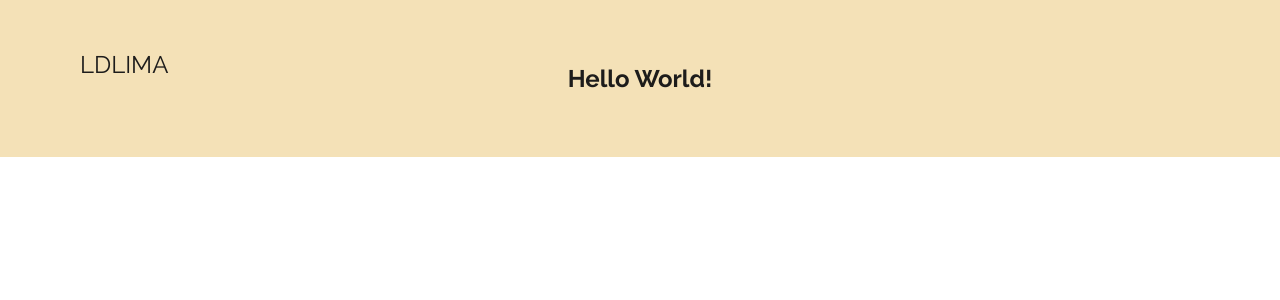
Repository: luizdanielmlima/my-website-react
Page: /
An editor plug-in stored every save of this project. The page is shown before and after the next save, followed by the edit.
The browser window is 1280 px wide. The pictures show the whole page.
The project was rebuilt for these pictures with package versions that can differ from the ones it lists, and the page was loaded fresh each time.

Above is the page before, as saved 2023-01-31 16:45:49.

### public/index.html
<!DOCTYPE html>
<html lang="en">
  <head>
    <meta charset="utf-8" />
    <link rel="icon" href="%PUBLIC_URL%/favicon.ico" />
    <meta
      name="viewport"
      content="width=device-width, initial-scale=1"
    />
    <meta name="theme-color" content="#000000" />
    <meta
      name="description"
      content="Web site created using create-react-app"
    />
    <link rel="apple-touch-icon" href="%PUBLIC_URL%/logo192.png" />

    <!-- GOOGLE FONTS -->
    <link rel="preconnect" href="https://fonts.googleapis.com" />
    <link
      rel="preconnect"
      href="https://fonts.gstatic.com"
      crossorigin
    />
    <link
      href="https://fonts.googleapis.com/css2?family=Raleway:ital,wght@0,300;0,400;0,500;0,600;0,700;1,400;1,500;1,600;1,700&family=Staatliches&display=swap"
      rel="stylesheet"
    />
    <!--
      manifest.json provides metadata used when your web app is installed on a
      user's mobile device or desktop. See https://developers.google.com/web/fundamentals/web-app-manifest/
    -->
    <link rel="manifest" href="%PUBLIC_URL%/manifest.json" />
    <!--
      Notice the use of %PUBLIC_URL% in the tags above.
      It will be replaced with the URL of the `public` folder during the build.
      Only files inside the `public` folder can be referenced from the HTML.

      Unlike "/favicon.ico" or "favicon.ico", "%PUBLIC_URL%/favicon.ico" will
      work correctly both with client-side routing and a non-root public URL.
      Learn how to configure a non-root public URL by running `npm run build`.
    -->
    <title>Luiz Daniel Lima's site</title>
  </head>
  <body>
    <noscript
      >You need to enable JavaScript to run this app.</noscript
    >
    <div id="root"></div>
    <!--
      This HTML file is a template.
      If you open it directly in the browser, you will see an empty page.

      You can add webfonts, meta tags, or analytics to this file.
      The build step will place the bundled scripts into the <body> tag.

      To begin the development, run `npm start` or `yarn start`.
      To create a production bundle, use `npm run build` or `yarn build`.
    -->
  </body>
</html>

### src/App.tsx
import React from 'react';
import { ThemeProvider } from 'styled-components';
import './App.css';

import Home from './containers/Home/Home';
import { websiteTheme } from './theme/theme';

function App() {
  return (
    <ThemeProvider theme={websiteTheme}>
      <Home />
    </ThemeProvider>
  );
}

export default App;

### src/App.css
*,
*::before,
*::after,
html {
  -webkit-box-sizing: border-box;
  box-sizing: border-box;
  margin: 0;
  padding: 0;
}

body {
  font-family: 'Raleway', sans-serif;
}

### src/containers/Home/Home.tsx
import React from 'react';
import NavBar from '../../components/NavBar/NavBar';
import { Title, Wrapper } from './Home.styled';

const Home = () => {
  return (
    <Wrapper>
      <NavBar></NavBar>
      <Title>Hello World!</Title>
    </Wrapper>
  );
};

export default Home;

### src/theme/theme.ts
export const websiteTheme = {
  colors: {
    primary: '#ed9a4a',
    secondary: '#bc252c',
    tertiary: '#e6af2e',
    bg: '#f4e1b7',
    bgDark: '#302d2a',
    dark: '#1d1c1b',
    menuHeight: '80px',
  },
};

### src/components/NavBar/NavBar.tsx
import React from 'react';
import styled from 'styled-components';

const NavBarContainer = styled.div`
  font-size: 1.5em;
  text-align: center;
  color: ${({ theme }) => theme.colors.dark};
  margin: 0;
  width: 100%;
  height: ${({ theme }) => theme.menuHeight};
  margin: 0;
  position: relative;
`;

const MyLogo = styled.div`
  display: flex;
  align-items: center;
  position: absolute;
  left: 16px;
  top: 50%;
  transform: translate(0, -50%);
  user-select: none;
`;

const NavBar = () => {
  return (
    <NavBarContainer>
      <MyLogo>
        <p>L</p>
        <p>D</p>
        <p>LIMA</p>
      </MyLogo>
    </NavBarContainer>
  );
};

export default NavBar;

### src/containers/Home/Home.styled.ts
import styled from 'styled-components';

export const Title = styled.h1`
  font-size: 1.5em;
  text-align: center;
  color: ${({ theme }) => theme.colors.dark}; ;
`;

export const Wrapper = styled.section`
  padding: 4em;
  background: ${({ theme }) => theme.colors.bg};
`;

Loaded but not shown: src/index.tsx (common file); src/index.css (common file); src/reportWebVitals.ts (common file)

After the next save:
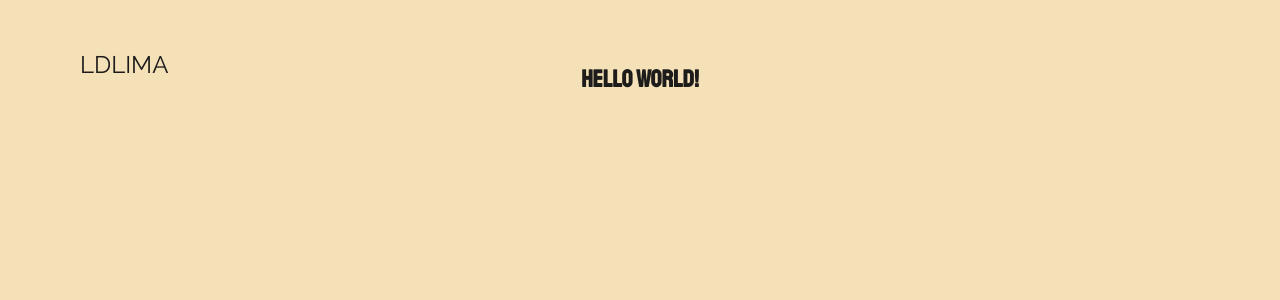
Saved 2 min 13 s later.
--- a/src/App.css
+++ b/src/App.css
@@ -1,3 +1,13 @@
+:root {
+  --primary-color: #ed9a4a;
+  --secondary-color: #bc252c;
+  --tertiary-color: #e6af2e;
+  --bg-color: #f4e1b7;
+  --bg-dark-color: #302d2a;
+  --dark-color: #1d1c1b;
+  --menu-height: 80px;
+}
+
 *,
 *::before,
 *::after,
@@ -10,4 +20,38 @@
 
 body {
   font-family: 'Raleway', sans-serif;
+  color: var(--dark-color);
+  background-color: var(--bg-color);
+  margin: 0;
+  padding: 0;
 }
+
+a,
+h3 {
+  color: var(--primary-color);
+}
+
+ul {
+  list-style: none;
+  padding: 0;
+}
+
+ul > li {
+  padding: 0;
+}
+
+header,
+main,
+h1,
+h2 {
+  font-family: 'Staatliches', sans-serif;
+}
+
+h2 {
+  font-size: 2em;
+}
+
+h3 {
+  font-family: 'Staatliches', sans-serif;
+  font-size: 1.3em;
+}
